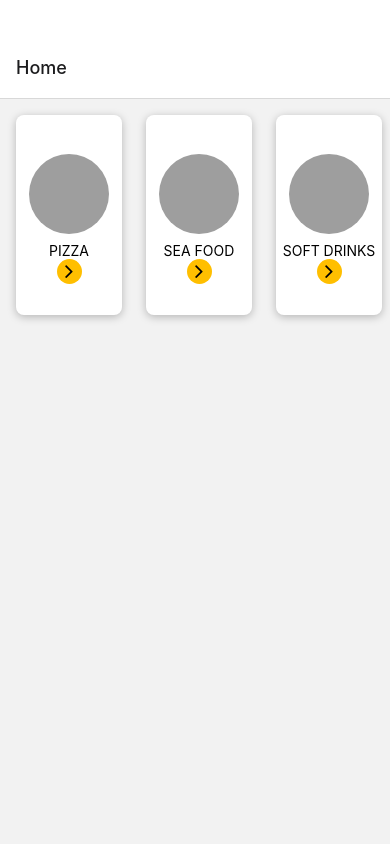
Repository: Esraa22M/ReactNative
Screen: /
These files come from the project's save history. The screen is drawn as it stood at one moment and after the next save; the edit follows.
Pictures or frames that could not be fetched are drawn as grey boxes. The app was drawn by React Native's web renderer in a window 390 px wide. The project was rebuilt for these pictures with package versions that can differ from the ones it lists, and the page was loaded fresh each time. Also part of the build but not shown: src/components/header/header.component.js, src/colors/front-screen-colors/user-auth-colors.js, src/components/header/header.styles.js, src/components/textInput/textInput.styles.js, src/components/textInput/textInput.components.jsx, src/components/singup-form-body/singup-form-body.components.js, src/screens/front-screen/Singup/singup-screen.screens.jsx, src/authentication/api/login-info.js and 2 more.

Above is the screen before, as saved 2023-09-21 02:17:57.

After the next save:
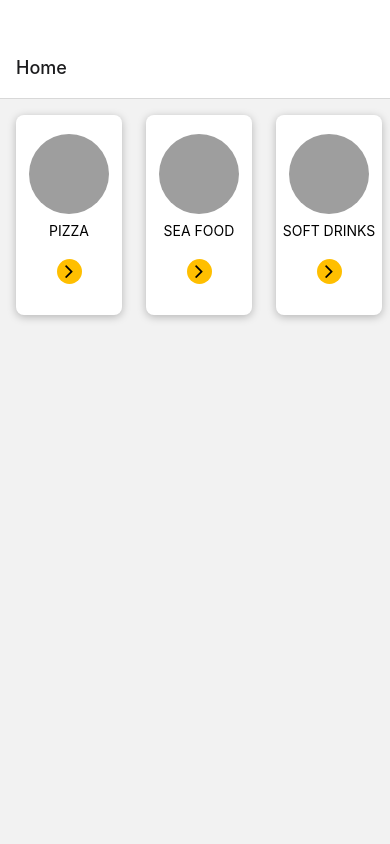
Saved 22 s later.
--- a/src/components/categories/category-item.components.js
+++ b/src/components/categories/category-item.components.js
@@ -51,5 +51,9 @@
     height: 25,
     borderRadius: 25 / 2,
   },
-  iconContainer: { justifyContent: "center", alignItems: "center" },
+  iconContainer: {
+    justifyContent: "center",
+    alignItems: "center",
+    marginVertical: 20,
+  },
 });

After the 4 saves that followed:
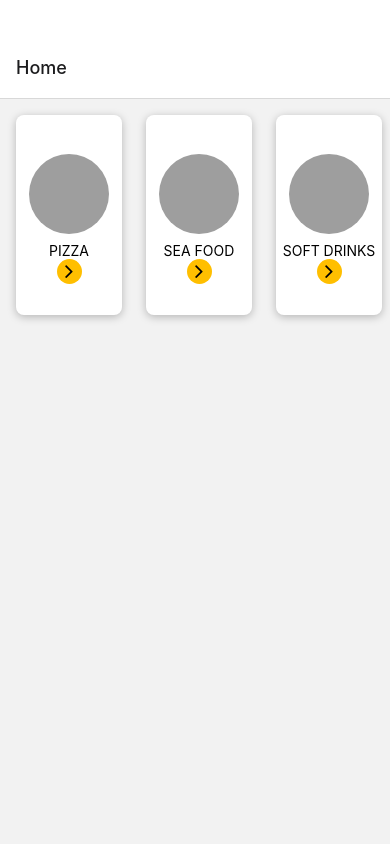
The 4 saves are shown as one change because 1 did not build or start and 2 left the picture as it was.
The last was saved 2 min 18 s later.
--- a/src/components/categories/category-item.components.js
+++ b/src/components/categories/category-item.components.js
@@ -20,7 +20,8 @@
   container: {
     flex: 1,
     height: 200,
-    justifyContent: "center",
+    justifyContent: "space-around",
+    flexDirection: "column",
     backgroundColor: HomeColors.LIGHT_COLOR,
     alignItems: "center",
     shadowColor: "black",
@@ -54,6 +55,5 @@
   iconContainer: {
     justifyContent: "center",
     alignItems: "center",
-    marginVertical: 20,
   },
 });
